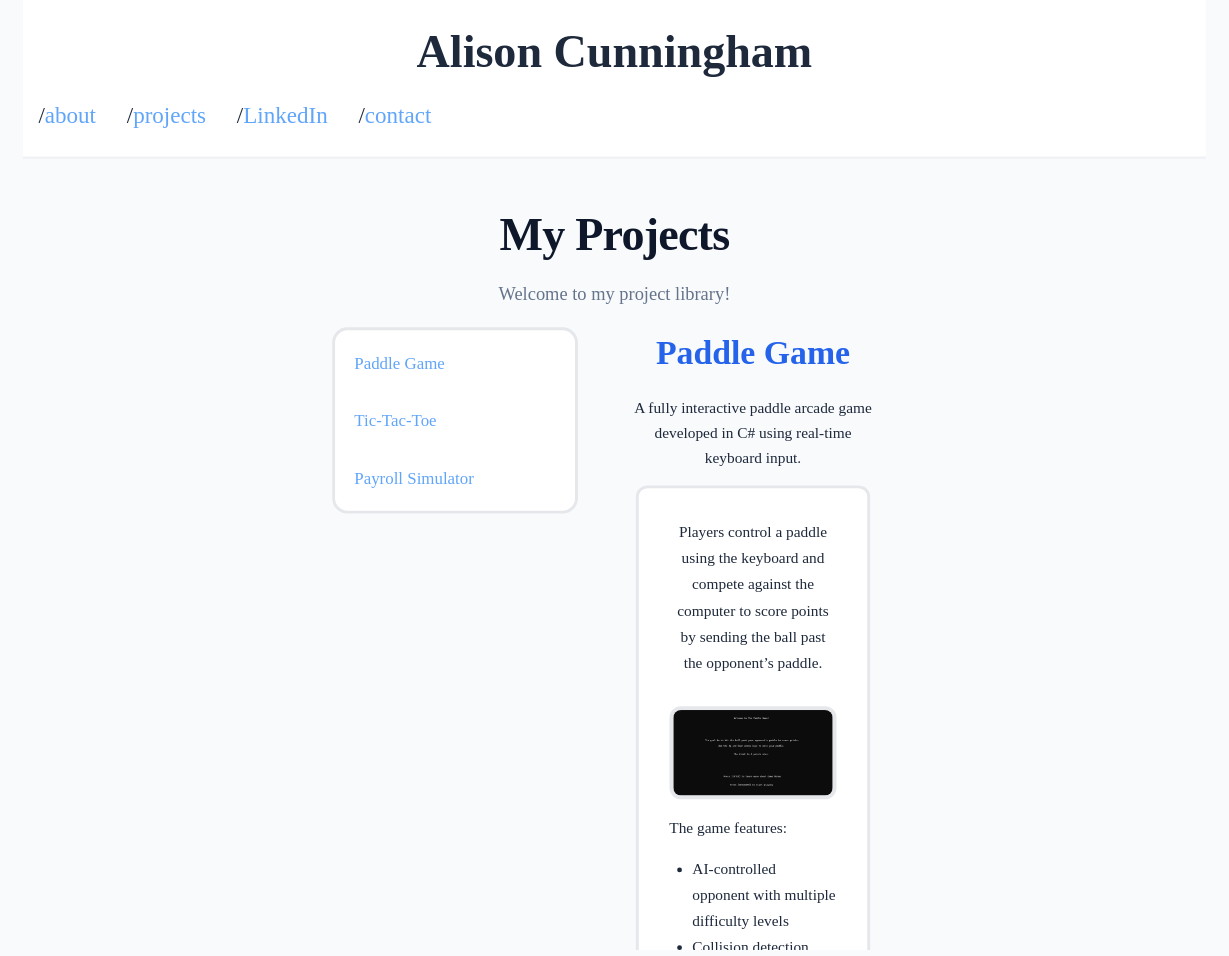
Repository: alison-cunningham/alison-cunningham
Page: pages/main-projects-page.html
An editor plug-in stored every save of this project. The page is shown before and after the next save, followed by the edit.
The browser window is 1280 px wide. The pictures show the whole page, at 96% of full size.
Some web fonts or font styles are not loaded; a fallback is used.

Above is the page before, as saved 2026-05-12 21:05:01.

### pages/main-projects-page.html
<!DOCTYPE html>
<html lang="en">
<head>
    <meta charset="UTF-8" />
    <title>Project - Paddle Game</title>
    <meta name="viewport" content="width=device-width, initial-scale=1.0">
    <link rel="stylesheet" href="../styles/pages.css"/>
    <link rel="stylesheet" href="../styles/globals.css"/>
</head>
<body>

    <header class="page-header">
        <h1>Alison Cunningham</h1>
        <div class="nav-bar">
            <a href="../index.html">/<span class="hover-text">about</span></a>
            <a href="./main-projects-page.html">/<span class="hover-text">projects</span></a>
            <a href="https://www.linkedin.com/in/alison-c-427578b5">/<span class="hover-text">LinkedIn</span></a>
            <a href="mailto:cunningham.alison.m@gmail.com">/<span class="hover-text">contact</span></a>
        </div>
    </header>

    <section class="project-card">
        <header class="main-header">
        <h2>My Projects</h2>
        <p>
            Welcome to my project library!
            <br>
        </p>
        </header>

        <div class="projects-layout">
            <nav>
            <a href="./paddle-game.html" target="myframe">
            Paddle Game
            </a>
            <a href="./tic-tac-toe.html" target="myframe">
            Tic-Tac-Toe
            </a>
            <a href="./payroll-simulator.html" target="myframe">
            Payroll Simulator
            </a>
            </nav>

            <section class="mainview">
                <iframe src="./paddle-game.html" name="myframe"></iframe>
            </section>
        </div>

    </section>

</body>


</html>

### styles/pages.css
body{
    display: flex;
    flex-direction: column;
    align-items: center;

    margin: 0 auto;
    padding: 0 1.5rem;

}

.main-header{
    display: grid;
    text-align: center;

    font-size: 1.2rem;
}

.main-header h2{
    font-size: 3rem;

    margin-bottom: 0.5rem;

    color: #0f172a;
    letter-spacing: -0.05rem;
}

.main-header p{
    margin-top: 0;

    font-size: 1.2rem;
    color: #64748b;
}

.project-header{
    display: grid;
    justify-content: center;
    text-align: center;

}

.project-header h1{
    margin-bottom: 0;

    font-size: 2.2rem;

    color: #2563eb;
}

nav{
    width: 100%;
    margin: 1rem auto;
    padding: .75rem;

    background-color: #ffffff;
    border: .2rem solid #e5e7eb;
    border-radius: 1rem;

    display: flex;
    justify-content: center;
    gap: 1rem;
    flex-wrap: wrap;

}

nav a{

    color: #60a5fa;
    padding: .5rem .5rem;
    border-radius: .75rem;

    font-size: 1.1rem;

    transition:
        background-color 0.3s ease,
        color 0.3s ease,
        transform 0.3s ease;
}

nav a:hover{
    background-color: #34d399;
    color: white;
}

img{
    display: block;
    max-width: 100%;
    margin: 1rem auto;
    border: .3rem solid #e5e7eb;
    border-radius: .75rem;

    transition: transform 0.3s ease;
}

img:hover{
    transform: scale(1.09);
}

.project-description{
    max-width: 97%;

    margin: 0 auto 2rem;
    padding: 2rem;

    background-color: #ffffff;
    border: .2rem solid #e5e7eb;
    border-radius: .75rem;

    line-height: 1.7;
}

.project-description ul{
    margin-top: 1rem;
    margin-bottom: 1rem;
    padding-left: 1.5rem;
}

.project-link{
    display: block;
    width: fit-content;

    margin: 0 auto 3rem;
    padding: .75rem;

    background-color: #60a5fa;
    color: white;

    text-decoration: none;

    border-radius: .5rem;

    transition: background-color 0.3s ease;
    transition: transform 0.2s ease;
}

.project-link:hover{
    background-color: #34d399;
}

summary{
    text-align: center;
    margin-bottom: 2rem;
}

.learned{
    line-height: 2rem;
    background-color: #e5e7eb;
    padding: 0.3rem 1.5rem 1rem;
    margin: 0.2rem;
    border-radius: 0.75rem;
}

.payroll-breakdown{
    line-height: 1.4rem;
}

iframe{
    width: 100%;
    min-height: 80vh;
    border: 0;
}

@media (min-width: 768px){

    .projects-layout{
        display: flex;
        flex-direction: column;
        gap: 1.5rem;
    }

}

@media (min-width: 1000px){

    .projects-layout{
        display: grid;
        grid-template-columns: 16rem 1fr;
        align-items: start;

        gap: 2rem;
        width: 100%;
    }

    nav{
        position: sticky;
        top: 2rem;

        display: flex;
        flex-direction: column;

        width: 100%;
        margin: 0;
    }

    nav a{
        width: 100%;
        text-align: left;
    }

    iframe{
        min-height: 90vh;
    }
}

### styles/globals.css
@font-face{
    font-family: 'Radio-Canada';
    src: url('../assets/fonts/Radio_Canada/RadioCanada-VariableFont_wdth\,wght.ttf')
}

*{
    box-sizing: border-box;
}

body{
    font-family: 'Radio-Canada';

    background-color: #f8fafc;
    color: #1e293b;

    line-height: 1.6;
    font-size: 1rem;

    margin: 0;
    overflow-x: hidden;
}


a{
    text-decoration: none;
    color: inherit;
}

h3{
    font-size: 1.4rem;
    margin-bottom: 1rem;
    color: #0f172a;
}

.page-header{

    font-size: 1.3rem;
    width: 100%;
    padding: 1rem 0;

    background-color: #ffffff;
    border-bottom: .2rem solid #e5e7eb85;

    display: flex;
    flex-direction: column;
    align-items: center;
    justify-content: center;
    text-align: center;


}

header h1{
    font-size: 3rem;
    margin: 0;
}

.nav-bar{
    display: flex;
    gap: 2rem;

    width: 100%;
    max-width: 100%;

    overflow-x: auto;

    padding: 0.5rem 1rem;
    margin: 0;

    font-size: 1.5rem;
}

.nav-bar::-webkit-scrollbar{
    height: 0.45rem;
}

.nav-bar::-webkit-scrollbar-track{
    background: #e5e7eb;
    border-radius: 999rem;
}

.nav-bar::-webkit-scrollbar-thumb{
    background: #34d399;
    border-radius: 999rem;
}

.hover-text{
    color: #60a5fa;
    position: relative;
}

.hover-text:hover{
    color: #34d399;
}

.hover-text::after{
    content:"";
    position: absolute;
    left: 0;
    bottom: -2px;

    width: 0%;
    height: 2px;
    background: #34d399;
    transition: width 0.6s ease;

}

.hover-text:hover::after {
    width: 100%;
}

### pages/paddle-game.html
<!DOCTYPE html>
<html lang="en">
<head>
    <meta charset="UTF-8" />
    <title>Project - Paddle Game</title>
    <meta name="viewport" content="width=device-width, initial-scale=1.0">
    <link rel="stylesheet" href="../styles/globals.css"/>
    <link rel="stylesheet" href="../styles/pages.css">
</head>
<body>
    <header class="project-header">
        <h1>Paddle Game</h1>
        <p>
            A fully interactive paddle arcade game developed in C# using real-time keyboard input.
        </p>
    </header>

    <section class="project-description">
        <summary>
            Players control a paddle using the keyboard and compete against the computer to score points by sending the ball past the opponent’s paddle.
        </summary>

        <img src="../assets/images/paddle-game-screenshot-2.png" alt="Screenshot from Paddle Game gameplay">

        The game features:
        <ul>
            <li>AI-controlled opponent with multiple difficulty levels</li>
            <li>Collision detection</li>
            <li>Score tracking</li>
            <li>Randomized gameplay modifiers that change the mechanics after each round</li>
        </ul>


        To make gameplay more dynamic and unpredictable, special game modes such as Ghost Ball, Fast Ball, Curve Ball, Drunk Paddle, and Small Paddle are randomly activated throughout the match.
    </section>

    <section class="learned">

        <h3>What I learned:</h3>
        <p>This project introduced and strengthened my understanding of core game development concepts including game loops, object movement, simple AI behavior, collision handling, frame synchronization, and state management within a console application environment.</p>

    </section>

    <br>

    <a class="project-link"
        href="https://github.com/alison-cunningham/PaddleGame-2D-Collision-Simulation.git"
        target="_blank">
        View GitHub Repo
    </a>

</body>

</html>

After the next save:
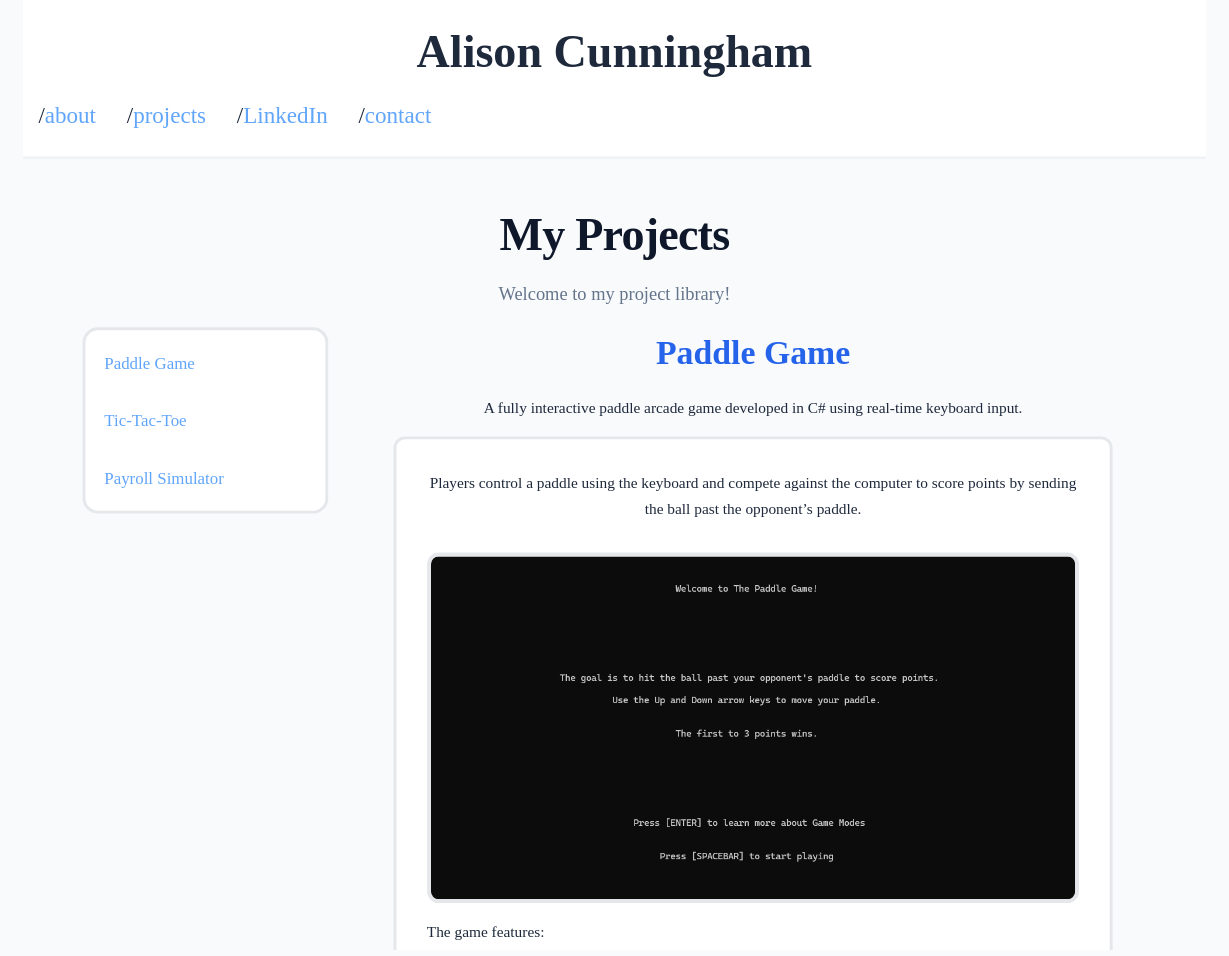
Saved 98 s later.
--- a/styles/pages.css
+++ b/styles/pages.css
@@ -167,6 +167,10 @@ iframe{
         gap: 1.5rem;
     }
 
+    .project-card{
+        width:90%;
+    }
+
 }
 
 @media (min-width: 1000px){
